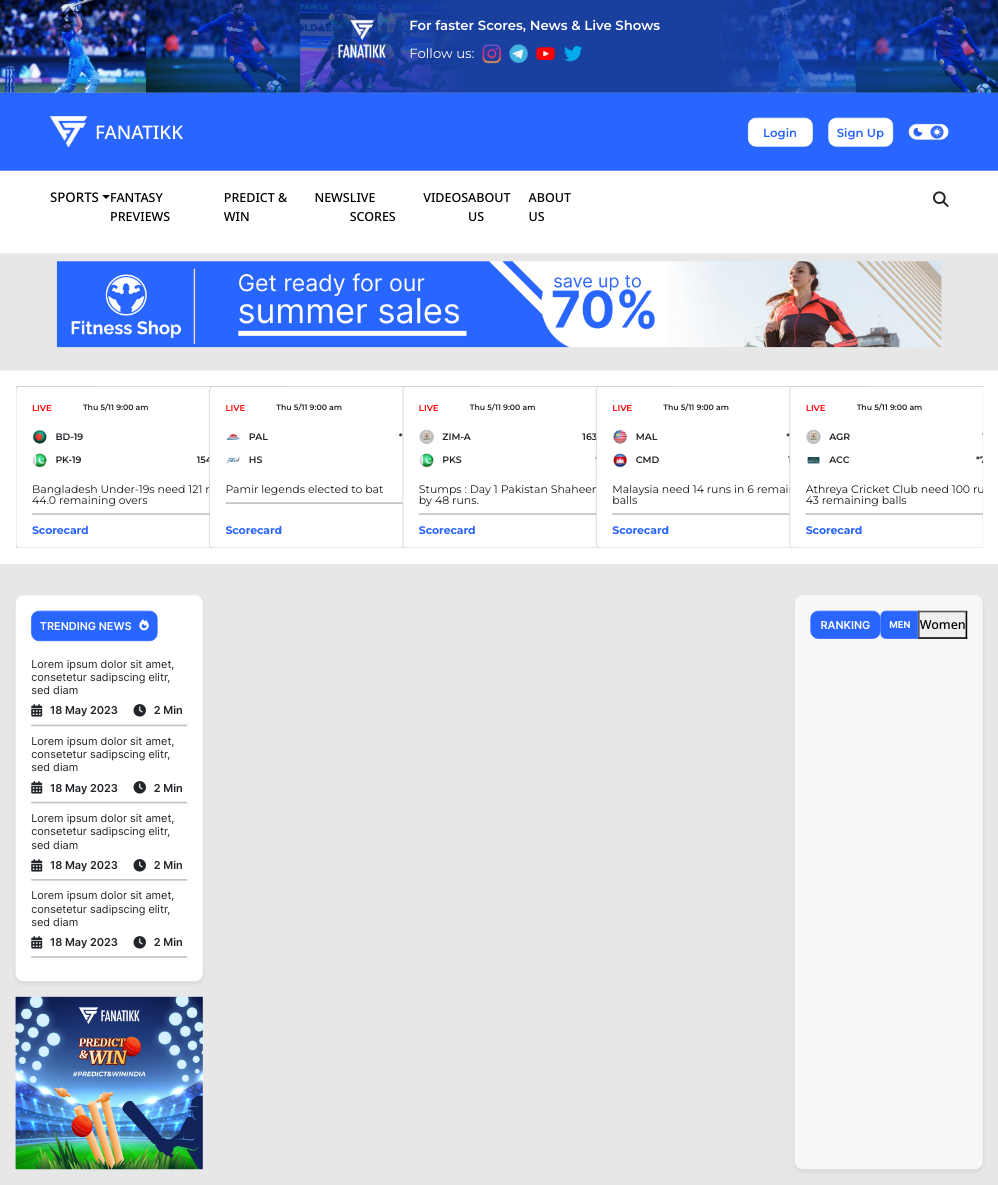
Repository: FlyweisReact/Kannapa
Page: /
An editor plug-in stored every save of this project. The page is shown before and after a run of saves, followed by the edit.
The browser window is 1280 px wide. The pictures show the whole page, at 78% of full size.
Some web libraries are served in a nearby version. The project was rebuilt for these pictures with package versions that can differ from the ones it lists, and the page was loaded fresh each time. Also part of the build but not shown: src/Components/Layout/Footer.js, src/Components/Sliders/Index-video-Slider.js, src/Components/firstScreen.jsx, src/Components/secondScreen.jsx, src/Components/thirdScreen.jsx, src/Components/fourthScreen.jsx, src/CSS/Footer.css.

Above is the page before, as saved 2023-06-03 16:03:32.

### public/index.html
<!DOCTYPE html>
<html lang="en">
  <head>
    <meta charset="utf-8" />
    <link rel="icon" href="%PUBLIC_URL%/favicon.ico" />
    <meta name="viewport" content="width=device-width, initial-scale=1" />
    <meta name="theme-color" content="#000000" />
    <meta
      name="description"
      content="Web site created using create-react-app"
    />
    <link rel="apple-touch-icon" href="%PUBLIC_URL%/logo192.png" />

    <link rel="manifest" href="%PUBLIC_URL%/manifest.json" />
    <link href="https://fonts.googleapis.com/css2?family=Roboto+Mono:ital,wght@1,300&display=swap" rel="stylesheet">
    <title>React App</title>
  </head>
  <body>
    <noscript>You need to enable JavaScript to run this app.</noscript>
    <div id="root"></div>
    <script src="https://code.jquery.com/jquery-3.6.0.min.js"></script>
    <script src="https://kit.fontawesome.com/b533b351e4.js" crossorigin="anonymous"></script>
  </body>
</html>

### src/CSS/Navbar.css
/**
 * === navbar styling ====
 *
 * @format
 */
.Stick-navbar{
    height: 100%;
    transition: box-shadow 0.3s ease;
    height: 100px;
}
.Navbar {
  display: flex;
  justify-content: space-between;
  background: #2965ff;
  padding: 20px;
  width: 100%;
  gap: 20px;
  position: fixed !important;
  top: 0;
  z-index: 999;
  transition: box-shadow 0.3s ease;
  align-items: center;
}

.Navbar .Left_Container {
  width: 30%;
}
.Navbar .Left_Container .Logo_Div {
  display: flex;
  gap: 10px;
  justify-content: center;
  align-items: center;
}
.Navbar .Left_Container .Logo_Div p {
  color: #fff;
  font-size: var(--mediumFont);
  margin: 0;
}
.Navbar .Left_Container .Logo_Div img {
  width: 47.73px;
  height: 40px;
}

.Navbar .Right_Container {
  width: 70%;
  display: flex;
  justify-content: center;
  gap: 40px;
}
.Navbar .Right_Container .Item {
  display: flex;
  justify-content: baseline;
}

.Navbar .Right_Container .Item p {
  font-size: 16px;
  cursor: pointer;
  color: #ffffff;
  padding-top: 2px;
}

.Navbar .Right_Container .Item .DropDown {
  border: none;
  color: #fff;
  font-size: 17px;
  cursor: pointer;
  color: #ffffff;
  margin: 0;
  padding: 0;
}
.Navbar .Right_Container .Item .fa-magnifying-glass {
  color: #fff;
  font-size: 18px;
  cursor: pointer;
  padding-top: 7px;
}
.Navbar .Right_Container .Item .Toggle{
  width: 51.43px;
  height: 19.03px;
  display: flex;
  justify-content: space-between;
  align-items: center;
  padding-left: 5px;
  padding-right: 5px;
  border-radius: 10px;
  background-color: #fff;
  border: 1px solid #fff;
  cursor: pointer;
  align-items: center;
  margin-top: 8px;
}


/* Header 2 */
.Header1 {
  background-image: url("../../public/Images/22.png");
  color: #ffffff;
  width: 100%;
  background-repeat: no-repeat;
  background-size: cover;
  height: 119px;
  padding: 20px;
}
.Header1 .Main {
  display: flex;
  align-items: center;
  justify-content: center;
  gap: 30px;
}
.Header1 .Main p {
  margin: 0;
}
.Header1 .Main .Head {
  font-family: MontserratNormal;
  font-weight: 600;
  font-size: 17px;
  color: #ffffff;
}

.Header1 .Main .Two {
  display: flex;
  gap: 10px;
  margin-top: 10px;
  align-items: center;
}
.Header1 .Main .Two p {
  font-family: MontserratNormal;
  font-style: normal;
  font-weight: 400;
  font-size: 17px;
  line-height: 17px;
  color: #ffffff;
}
.Header1 .Main .Social {
  display: flex;
  gap: 10px;
  align-items: center;
}

/* Fading Navbar */

.Fading_Nav {
  display: flex;
  justify-content: space-between;
  background: #2965ff;
  padding: 30px;
  width: 100%;
  gap: 20px;
  align-items: center;
  padding-left: 5%;
  padding-right: 5%;
}

.Fading_Nav .Left_Container {
  width: 30%;
}
.Fading_Nav .Left_Container .Logo_Div {
  display: flex;
  gap: 10px;
  justify-content: flex-start;
  align-items: center;
}
.Fading_Nav .Left_Container .Logo_Div p {
  color: #fff;
  font-size: var(--mediumFont);
  margin: 0;
}
.Fading_Nav .Left_Container .Logo_Div img {
  width: 47.73px;
  height: 40px;
}

.Fading_Nav .Right_Container {
  width: 70%;
  display: flex;
  justify-content: flex-end;
  gap: 20px;
  align-items: center;
}
.Fading_Nav .Right_Container button {
  font-family: MontserratNormal;
  font-style: normal;
  font-weight: 600;
  width: 83px;
  height: 37px;
  border-radius: 10px;
  font-size: 15px;
  line-height: 19px;
  color: #2965ff;
  background-color: #fff;
  border: 1px solid #fff;
  cursor: pointer;
}
.Fading_Nav .Right_Container .Toggle {
  width: 51.43px;
  height: 19.03px;
  display: flex;
  justify-content: space-between;
  align-items: center;
  padding-left: 5px;
  padding-right: 5px;
}


/* Fading Category */
.Fading_Category{
    display: flex;
    justify-content: space-between;
    padding: 20px;
    background-color: #fff;
    padding-left: 5%;
    padding-right: 5%;
}
.Fading_Category .Left_Container {
    display: flex;
    justify-content: space-between;
    width: 60%;
}

.Fading_Category .Left_Container .Item {
    display: flex;
    justify-content: baseline;
  }

  .Fading_Category .Left_Container .Item p {
    font-size: 16px;
    cursor: pointer;
    color: #000;
    padding-top: 2px;
  }

  .Fading_Category .Left_Container .Item .DropDown {
    border: none;
    font-size: 17px;
    cursor: pointer;
    color: #000;
    margin: 0;
    padding: 0;
    border: none;
  }

.Fading_Category .Right_Container i{
    font-size: 20px;
    padding-top: 7px;
}


/* Fading Effect */
.HomePage{
    min-height: 200vh;
}
.fade-out{
    opacity: 0;
    transition: opacity 0.5s;
    height: 0;
    overflow: hidden;
}
.fade-in{
    opacity: 1;
    transition: opacity 0.5s;
    height: auto;
    overflow: hidden;
    width: 100%;
}

### src/CSS/Component.css
/** @format */

/* Fading Header */

/* Home Screen */
.Index_Center_Banner {
  width: 100%;
  padding: 10px;
}

.Index_Center_Banner img {
  width: 90%;
  display: block;
  margin: auto;
}

.Index_Center_GIF {
  width: 100%;
  padding: 10px;
}

.Index_Center_GIF img {
  width: 90%;
  display: block;
  margin: auto;
  height: 500px;
}

.Index_Center_Desc {
  display: flex;
  width: 90%;
  padding: 10px;
  margin: auto;
}

.Index_Center_Desc .Main_Comp {
  text-align: left;
}
.Index_Center_Desc .Main_Comp .head {
  font-size: 36px;
  color: #1d1d1d;
  text-shadow: 0px 1px 1px rgba(37, 37, 37, 0.5);
  margin: 0;
}

.Index_Center_Desc .Main_Comp .Two_Sec {
  display: flex;
  gap: 10px;
  align-items: flex-start;
}
.Index_Center_Desc .Main_Comp .Two_Sec img {
  height: 20px;
  margin-top: 4px;
}

.Index_Center_Desc .Main_Comp .Two_Sec p {
  color: rgba(29, 29, 29, 0.6);
  text-shadow: 0px 1px 1px rgba(37, 37, 37, 0.5);
  font-style: italic;
}

.Index_Center_Desc .Main_Comp .desc p {
  font-size: 16px;
  line-height: 24px;
  align-items: center;
  color: rgba(29, 29, 29, 0.6);
  max-width: 60%;
  font-style: italic;
  margin: 0;
}
.first5 p u {
  color: #333;
}

.Index_Logo_Div {
  display: flex;
  justify-content: space-between;
  align-items: center;
  width: 90%;
  margin: auto;
  padding-top: 10px;
  padding-bottom: 10px;
}
.Index_Logo_Div .Left_Comp {
  display: flex;
  gap: 10px;
  align-items: center;
}
.Index_Logo_Div .Right_Comp img {
  cursor: pointer;
}

.Index_Video_Slider {
  width: 90%;
  display: block;
  margin: auto;
  padding-top: 10px;
  padding-bottom: 10px;
}

.Video_Slider {
  width: 100%;
  /* padding: 20px; */
  display: block;
  margin: auto;
}
.Video_Slider .Main_Item {
  background: #ffffff;
  border: 1px solid #1d1d1d;
  border-radius: 10px;
  height: 400px;
}
.Video_Slider .Main_Item img {
  width: 100%;
  border-radius: 10px 10px 0px 0px;
}
.Video_Slider .Main_Item p {
  padding: 10px;
  font-family: Montserrat;
  font-size: 15px;
  line-height: 18px;
  color: #1d1d1d;
}
.Video_Slider .Main_Item:focus {
  outline: none;
}

.Index_Center_Button {
  width: 90%;
  display: block;
  margin: auto;
  padding-top: 10px;
  padding-bottom: 10px;
  margin-top: 2%;
  position: relative;
}
.Index_Center_Button button {
  font-family: Montserrat;
  font-size: 16px;
  line-height: 20px;
  text-transform: uppercase;
  width: 256px;
  color: #ffffff;
  background: #2965ff;
  border: 1px solid #2965ff;
  border-radius: 25px;
  padding: 10px;
  display: block;
  margin: auto;
}

.Index_Center_Button .empty {
  height: 4px !important;
  position: absolute;
  top: 50%;
  left: 50%;
  transform: translate(-50%, -50%);
  z-index: -1;
  background-color: #2965ff;
  width: 100%;
}

.Index_Three_Cont {
  width: 90%;
  display: grid;
  grid-template-columns: auto auto auto;
  gap: 20px;
  margin: auto;
  padding-top: 20px;
}
.Index_Three_Cont .Main_Component .head {
  font-family: Montserrat;
  font-style: normal;
  font-weight: 700;
  font-size: 22.3418px;
  line-height: 30px;
  color: #1d1d1d;
}
.Index_Three_Cont .Main_Component img {
  width: 100%;
}
.Index_Three_Cont .Main_Component .desc {
  font-family: Montserrat;
  font-style: normal;
  font-weight: 300;
  font-size: 15.9584px;
  line-height: 40px;
}

/* Score_Card_Slider */
.ScoreCard_Slider {
  background-color: #ffffff;
  padding: 20px;
  margin-top: 20px;
  margin-bottom: 20px;
}
.ScoreCard_Slider .Main_Item {
  border: 1px solid #cfcfcf;
  background-color: #fff;
  border-radius: 5px;
  padding: 20px;
  width: 350px !important;
  height: 208px !important;
  position: relative;
}
.ScoreCard_Slider .Main_Item .two_Sec {
  display: flex;
  gap: 40px;
  align-items: center;
  margin-bottom: 20px;
}
.ScoreCard_Slider .Main_Item .two_Sec p {
  margin: 0;
  font-family: MontserratNormal;
  font-style: normal;
  font-weight: 600;
  font-size: 10px;
  line-height: 14px;
}
.ScoreCard_Slider .Main_Item .two_Sec .first {
  margin: 0;
  font-family: MontserratNormal;
  font-style: normal;
  font-weight: 600;
  font-size: 11px;
  line-height: 14px;
  color: #ff0000;
}
.ScoreCard_Slider .slick-next:before {
  display: none !important;
}

.ScoreCard_Slider .Main_Item .Flags_Div {
  display: flex;
  justify-content: space-between;
  align-items: center;
  gap: 10px;
  margin-top: 10px;
}

.ScoreCard_Slider .Main_Item .Flags_Div div {
  display: flex;
  gap: 10px;
  align-items: center;
}
.ScoreCard_Slider .Main_Item .Flags_Div div p {
  margin: 0;
  font-family: MontserratNormal;
  font-style: normal;
  font-weight: 600;
  font-size: 12px;
  line-height: 17px;
}
.ScoreCard_Slider .Main_Item .desc {
  color: #1d1d1d;
  font-family: MontserratNormal;
  font-style: normal;
  font-weight: 400;
  font-size: 14px;
  line-height: 14px;
  width: 90%;
  margin: 0;
  margin-top: 20px;
}
.ScoreCard_Slider .Main_Item .empty {
  background-color: #bfbfbf;
  width: 100%;
  height: 2px;
  margin-top: 10px;
}
.ScoreCard_Slider .Main_Item .Scorecard {
  font-family: MontserratNormal;
  font-style: normal;
  font-weight: 700;
  font-size: 14px;
  line-height: 14px;
  position: absolute;
  letter-spacing: -0.11px;
  color: #2965ff;
  bottom: 0;
}

/* Index_Three_Sec_Layout */
.Index_Three_Sec_Layout {
  width: 100%;
  padding: 20px;
  display: flex;
  gap: 20px;
}
.Index_Three_Sec_Layout .left_Comp {
  width: 20%;
}
.Index_Three_Sec_Layout .Mid_Comp {
  width: 60%;
}
.Index_Three_Sec_Layout .Right_Comp {
  width: 20%;
}

.Index_Three_Sec_Layout .left_Comp .Trading_News {
  background-color: #fff;
  padding: 20px;
  box-shadow: 0px 3px 6px rgba(0, 0, 0, 0.08);
  border-radius: 10px;
}
.Index_Three_Sec_Layout .left_Comp .Trading_News button {
  background-color: #2965ff;
  color: #fff;
  border: 1px solid #2965ff;
  text-transform: uppercase;
  border-radius: 10px;
  font-style: normal;
  font-weight: 600;
  font-size: 14px;
  line-height: 17px;
  font-family: Inter;
  padding: 10px;
  display: flex;
  gap: 10px;
  align-items: center;
  margin-bottom: 20px;
}

.Index_Three_Sec_Layout .left_Comp .Trading_News .desc {
  margin-top: 10px;
}
.Index_Three_Sec_Layout .left_Comp .Trading_News .desc .head {
  font-family: Inter;
  font-style: normal;
  font-weight: 400;
  font-size: 14px;
  line-height: 17px;
  margin: 0;
}

.Index_Three_Sec_Layout .left_Comp .Trading_News .desc .two_sec {
  display: flex;
  align-items: center;
  gap: 20px;
  margin-top: 10px;
}
.Index_Three_Sec_Layout .left_Comp .Trading_News .desc .two_sec div {
  display: flex;
  align-items: center;
  gap: 10px;
}
.Index_Three_Sec_Layout .left_Comp .Trading_News .desc .two_sec div p {
  margin: 0;
  font-family: Inter;
  font-style: normal;
  font-weight: 600;
  font-size: 14px;
  line-height: 8px;
}
.Index_Three_Sec_Layout .left_Comp .Trading_News .desc .empty {
  width: 100%;
  height: 2px;
  background-color: #bfbfbf;
  margin-top: 10px;
  margin-bottom: 10px;
}
.Index_Three_Sec_Layout .left_Comp .BigImage {
  width: 100%;
  padding-top: 20px;
}
.Index_Three_Sec_Layout .left_Comp .BigImage img {
  width: 100%;
  display: block;
  margin: auto;
}

.Index_Three_Sec_Layout .Right_Comp {
  background: #f7f7f7;
  box-shadow: 0px 3px 6px rgba(0, 0, 0, 0.08);
  border-radius: 10px;
  padding: 20px;
}

.Index_Three_Sec_Layout .Right_Comp .Main_Item .Three_Sec {
  display: flex;
  justify-content: space-between;
}
.Index_Three_Sec_Layout .Right_Comp .Main_Item .Three_Sec .First_Btn {
  background: #2965ff;
  border-radius: 10px;
  font-family: Inter;
  font-style: normal;
  font-weight: 600;
  font-size: 14px;
  line-height: 17px;
  text-transform: uppercase;
  border: 1px solid #2965ff;
  color: #ffffff;
  width: 89.88px;
  height: 36px;
}

.Index_Three_Sec_Layout .Right_Comp .Main_Item .Three_Sec div {
  display: flex;
}
.Index_Three_Sec_Layout .Right_Comp .Main_Item .Three_Sec div .First {
  width: 48.09px;
  padding: 10px;
  border: 1px solid #2965ff;
  border-radius: 6.22229px 0px 0px 6.22229px;
  background: #2965ff;
  font-family: Inter;
  font-style: normal;
  font-weight: 700;
  font-size: 12px;
  line-height: 12px;
  color: #fff;
  text-align: center;
  text-transform: uppercase;
}
.Index_Three_Sec_Layout .Right_Comp .Main_Item .Three_Sec div button{

}

Loaded but not shown: src/App.css (common file); src/Components/Sliders/ScoreCard.js (443 lines, source omitted); src/Pages/HomeScreen.js (152 lines, source omitted); src/Components/Layout/Navbar.js (71 lines, source omitted); src/Components/Layout/FadingNav/FadingCategory.js (57 lines, source omitted); src/App.js (32 lines, source omitted); src/Components/Layout/FadingNav/FadingNav.js (27 lines, source omitted); src/Components/Layout/FadingNav/Header1.js (32 lines, source omitted); src/index.js (17 lines, source omitted); src/index.css (634 lines, source omitted)

After the next 2 saves:
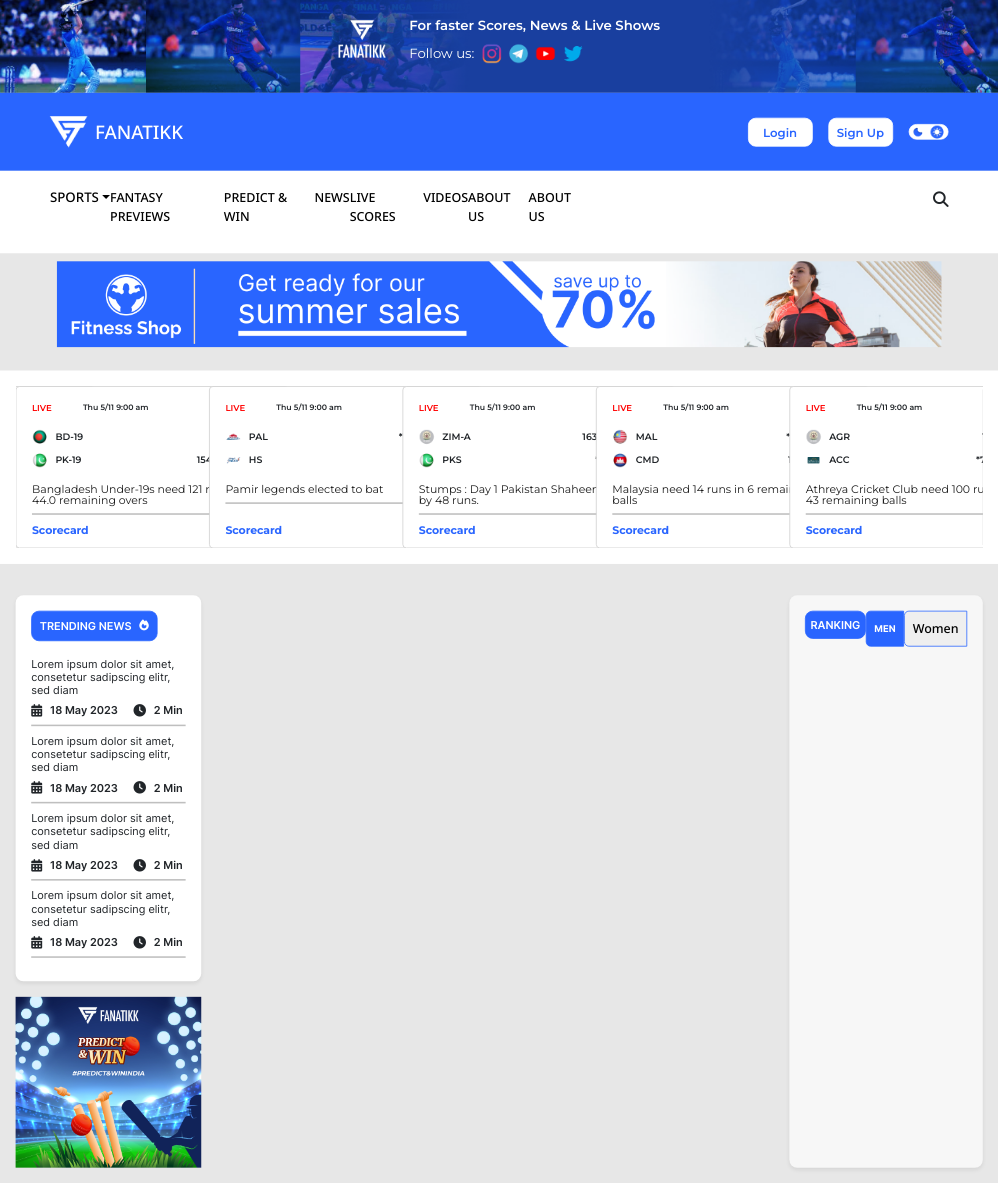
The 2 saves are shown as one change because they came seconds apart.
The last was saved 9 s later.
--- a/src/CSS/Component.css
+++ b/src/CSS/Component.css
@@ -399,7 +399,6 @@
   display: flex;
 }
 .Index_Three_Sec_Layout .Right_Comp .Main_Item .Three_Sec div .First {
-  width: 48.09px;
   padding: 10px;
   border: 1px solid #2965ff;
   border-radius: 6.22229px 0px 0px 6.22229px;
@@ -414,5 +413,7 @@
   text-transform: uppercase;
 }
 .Index_Three_Sec_Layout .Right_Comp .Main_Item .Three_Sec div button{
-
-}
+  padding: 10px;
+  border: 1px solid #2965ff;
+  border-radius: 6.22229px 0px 0px 6.22229px;
+}
